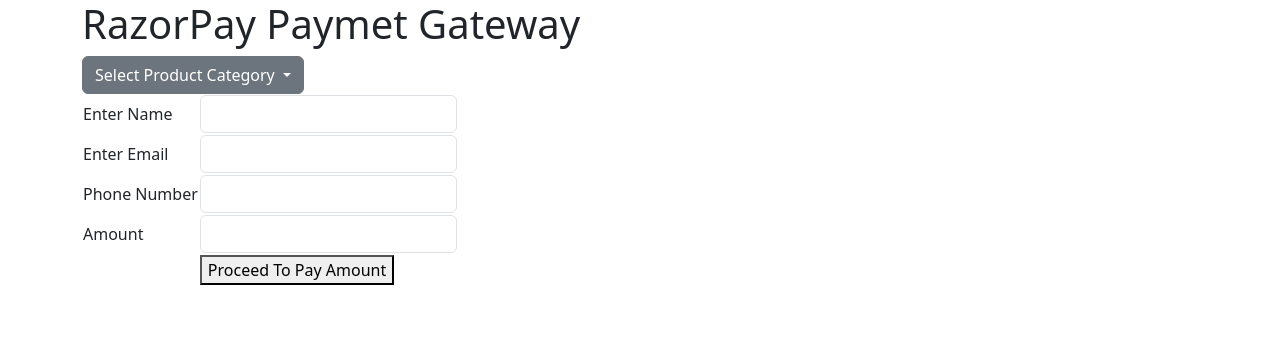
Repository: PraveenKodekal/razorpayGateway
Page: http://localhost/index
The author's editor kept a copy of each file at every save. The page is drawn from the files as they stood at one save, then again after the next save.
The browser window is 1280 px wide. The pictures show the whole page.
The page is this project's Thymeleaf template; nobody is signed in. The template is opened directly, without the code that normally fills it, so the values that code supplies are empty.

Above is the page before, as saved 2024-06-25 03:36:46.

### Payment-GatteWay/src/main/resources/templates/index.html
<!doctype html>
<html lang="en">

<head>
	<meta charset="utf-8">
	<meta name="viewport" content="width=device-width, initial-scale=1">
	<title>Bootstrap demo</title>
	<link href="https://cdn.jsdelivr.net/npm/bootstrap@5.3.3/dist/css/bootstrap.min.css" rel="stylesheet"
		integrity="sha384-QWTKZyjpPEjISv5WaRU9OFeRpok6YctnYmDr5pNlyT2bRjXh0JMhjY6hW+ALEwIH" crossorigin="anonymous">
</head>

<body>
	<div class="container">
		<h1>RazorPay Paymet Gateway</h1>

		<table>
			<tr>
				<td>Enter Name</td>
				<td>
					<input type="text" name="customerName" id="customerName" class="form-control" />
				</td>
			</tr>
			<tr>
				<td>Enter Email</td>
				<td>
					<input typr="email" name="emailId" id="emailId" class="form-control" required />
				</td>
				</td>
			</tr>

			<tr>
				<td>Phone Number</td>
				<td>
					<input typr="number" name="phonNum" id="phonNum" class="form-control" required />
				</td>
				</td>

			</tr>
			<tr>
				<div class="dropdown">
				  <button class="btn btn-secondary dropdown-toggle" type="button" data-bs-toggle="dropdown" aria-expanded="false">
				    Select Product Category
				  </button>
				  <ul class="dropdown-menu">
				    <li><a class="dropdown-item" href="#">Action</a></li>
				    <li><a class="dropdown-item" href="#">Another action</a></li>
				    <li><a class="dropdown-item" href="#">Something else here</a></li>
				  </ul>
				</div>
			</tr>

			<tr>
				<td>Amount</td>
				<td>
					<input type="number" name="amount" id="amount" class="form-control" />
				</td>
			</tr>
			<tr>
				<td></td>
				<td><button id="rrp=buttonl" class="btn-btn-primary">Proceed To Pay Amount</button></td>
			</tr>


		</table>
	</div>

	<script src="https://cdn.jsdelivr.net/npm/bootstrap@5.3.3/dist/js/bootstrap.bundle.min.js"
		integrity="sha384-YvpcrYf0tY3lHB60NNkmXc5s9fDVZLESaAA55NDzOxhy9GkcIdslK1eN7N6jIeHz"
		crossorigin="anonymous"></script>
</body>

</html>

After the next save:
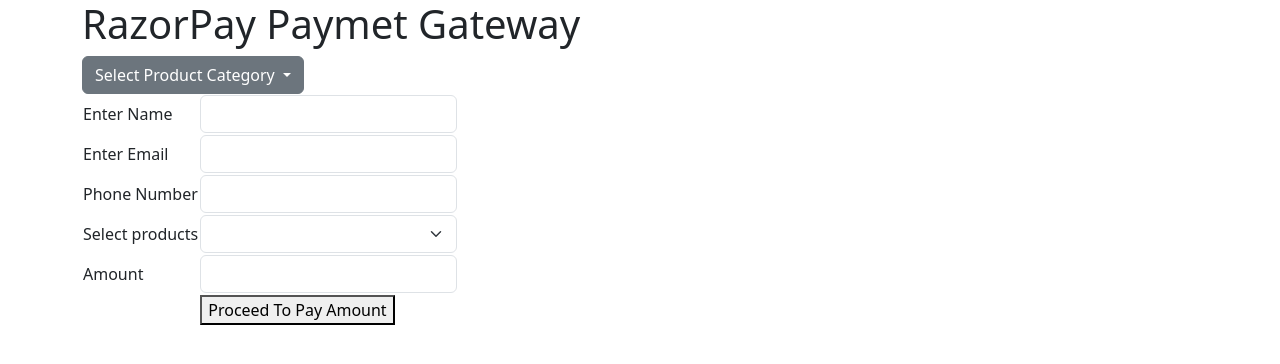
Saved 2 h 9 min later.
--- a/Payment-GatteWay/src/main/resources/templates/index.html
+++ b/Payment-GatteWay/src/main/resources/templates/index.html
@@ -50,6 +50,14 @@
 			</tr>
 
 			<tr>
+				<td>Select products</td>
+				<td><select class="form-select" name="product" id="product" aria-label="Large selct example">Products</select>
+
+				</td>
+
+			</tr>
+
+			<tr>
 				<td>Amount</td>
 				<td>
 					<input type="number" name="amount" id="amount" class="form-control" />
